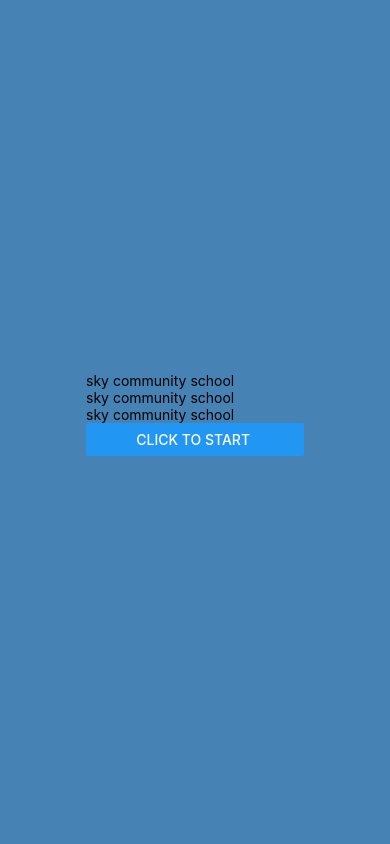
Repository: 2000-Nanayaw/MobileApp
Screen: /
The author's editor kept a copy of each file at every save. The screen is drawn from the files as they stood at one save, then again after the next save.
The app was drawn by React Native's web renderer in a window 390 px wide. The project was rebuilt for these pictures with package versions that can differ from the ones it lists, and the page was loaded fresh each time.

Above is the screen before, as saved 2023-08-24 01:54:05.

After the next save:
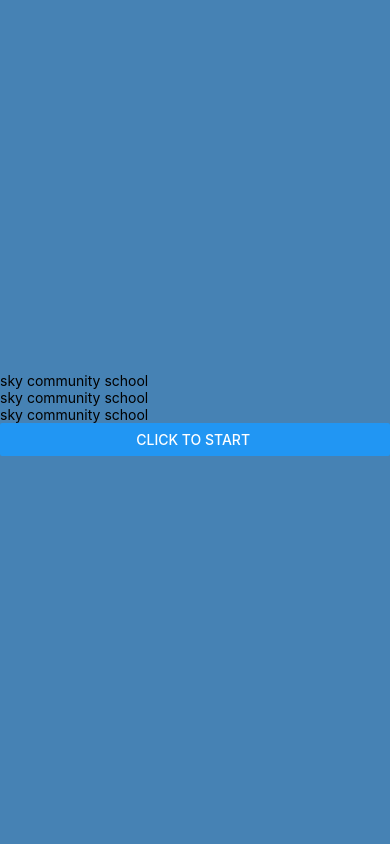
Saved 7 s later.
--- a/App.js
+++ b/App.js
@@ -20,7 +20,7 @@
   container: {
     flex: 1,
     backgroundColor: 'steelblue',
-    alignItems: 'center',
+    alignItems: 'left',
     justifyContent: 'center',
 
   },

After the 2 saves that followed:
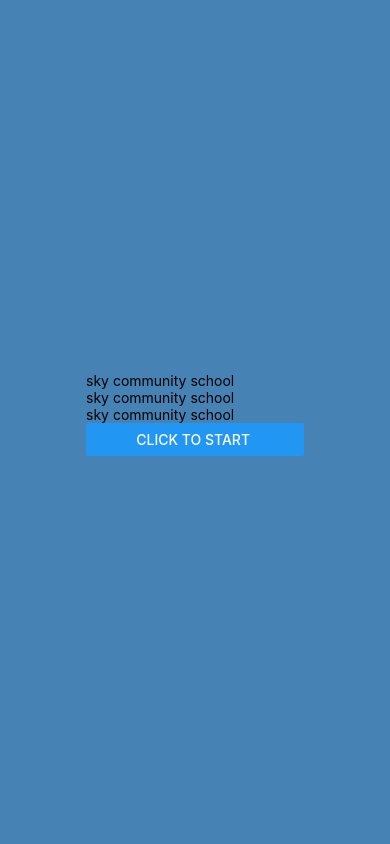
The 2 saves are shown as one change because 1 left the picture as it was.
The last was saved 29 s later.
--- a/App.js
+++ b/App.js
@@ -20,7 +20,7 @@
   container: {
     flex: 1,
     backgroundColor: 'steelblue',
-    alignItems: 'left',
+    alignItems: 'center',
     justifyContent: 'center',
 
   },
